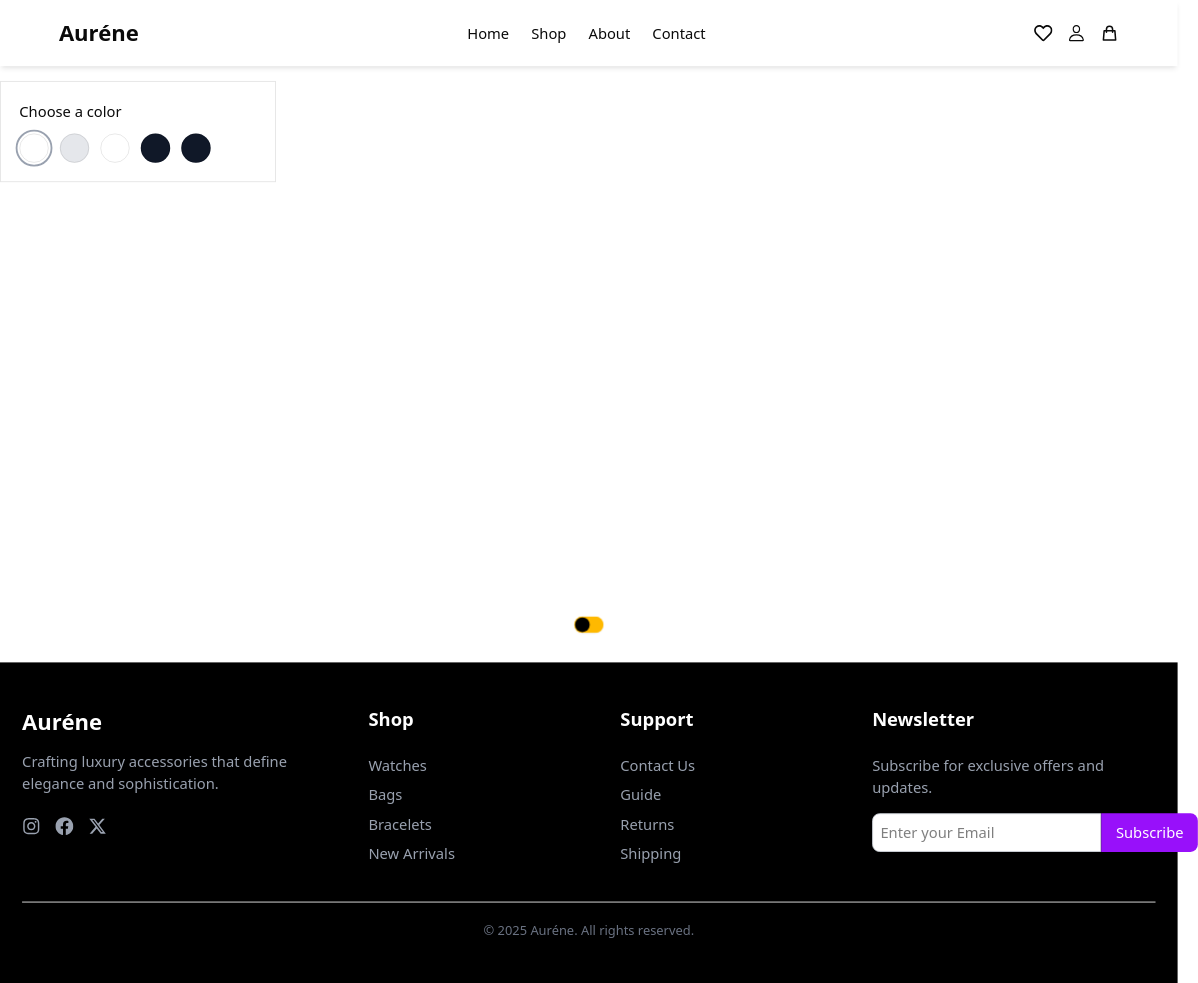
Repository: oehab30/Aur-ne-e-commerce-
Page: /Wishlist
The author's editor kept a copy of each file at every save. The page is drawn from the files as they stood at one save, then again after a run of saves.
The browser window is 1280 px wide. The page is 1302 px wide, so the pictures cover 1302 px, including what lies to the right of the window. The pictures show the whole page, at 92% of full size.
The project was rebuilt for these pictures with package versions that can differ from the ones it lists, and the page was loaded fresh each time. Also part of the build but not shown: src/components/home-page/Hero.tsx, src/components/home-page/Hotoffers.tsx, src/components/home-page/Dontmiss.tsx, src/components/home-page/Featuredcollection.tsx, src/components/home-page/BestSellers.tsx, src/components/home-page/Summercollection.tsx, src/pages/Home.tsx, src/components/common/Categories.tsx and 7 more.

Above is the page before, as saved 2025-11-26 18:55:58.

After the next 3 saves:
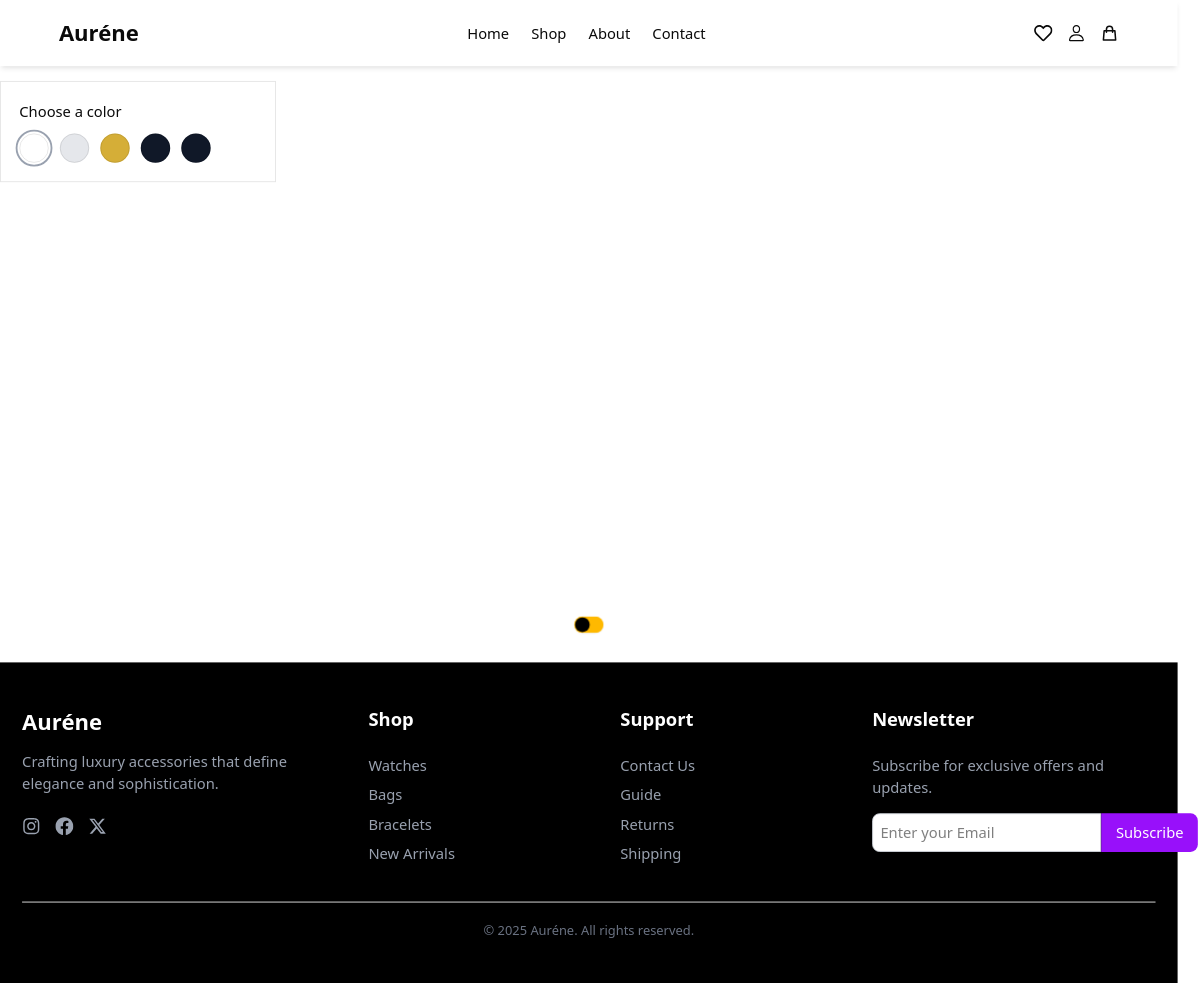
The 3 saves are shown as one change because they came seconds apart.
The last was saved 9 s later.
--- a/src/components/Shop-page/color.tsx
+++ b/src/components/Shop-page/color.tsx
@@ -6,7 +6,7 @@ function Color() {
     colors: [
       { id: 'white', name: 'White', classes: 'bg-white checked:outline-gray-400' },
       { id: 'gray', name: 'Gray', classes: 'bg-gray-200 checked:outline-gray-400' },
-      { id: 'black', name: 'Black', classes: 'bg-[] checked:outline-gray-900' },
+      { id: 'black', name: 'Black', classes: 'bg-[var(--main)] checked:outline-gray-900' },
       { id: 'black', name: 'Black', classes: 'bg-gray-900 checked:outline-gray-900' },
       { id: 'black', name: 'Black', classes: 'bg-gray-900 checked:outline-gray-900' },
     ],
